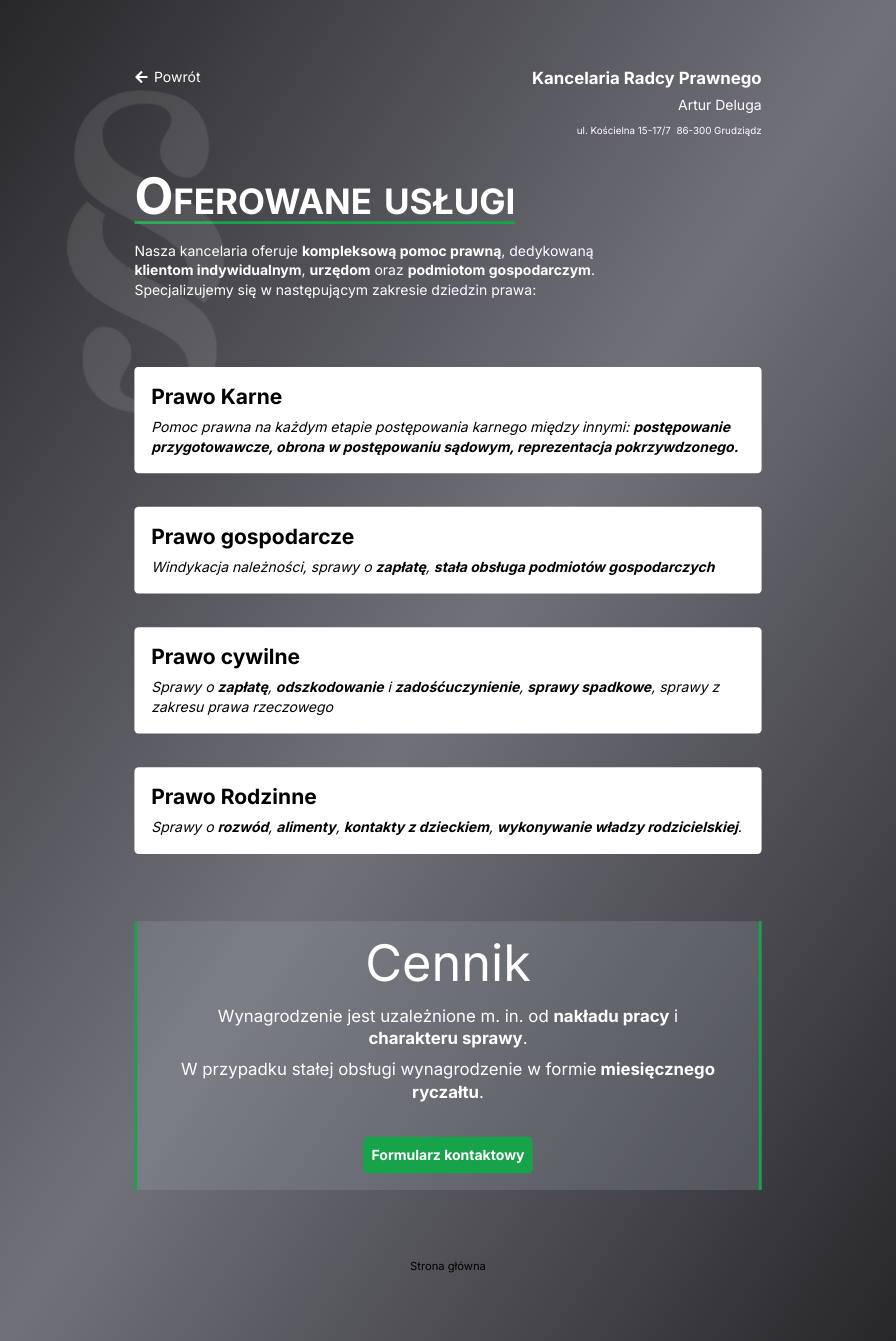
Repository: wesiudev/kancelaria-artur-deluga
Page: /oferta
The author's editor kept a copy of each file at every save. The page is drawn from the files as they stood at one save, then again after the next save.
The browser window is 1280 px wide. The pictures show the whole page, at 70% of full size.
The project was rebuilt for these pictures with package versions that can differ from the ones it lists, and the page was loaded fresh each time. The framework's server and built-in components were replaced by stand-ins that run in the browser. Also part of the build but not shown: next.config.js.

Above is the page before, as saved 2023-08-09 17:25:27.

### app/layout.tsx
import "./globals.css";
import type { Metadata } from "next";
import { Inter } from "next/font/google";

const inter = Inter({ subsets: ["latin"] });

export const metadata: Metadata = {
  title: "Kancelaria Radcy Prawnego Artur Deluga",
  description:
    "Kancelaria Radcy Prawnego Grudziądz Prawo Karne, Pracwo cywilne, Prawo gospodarcze, Prawo Rodzinne. ul. Kościelna 15-17/7 86-300 Grudziądz. Pomoc prawna na każdym etapie postępowania karnego (postępowanie przygotowawcze, obrona w postępowaniu sądowym, reprezentacja pokrzywdzonego, etc.)",
  viewport: "width=device-width, initial-scale=1",
  icons: {
    icon: "/favicon.png",
  },
};

export default function RootLayout({
  children,
}: {
  children: React.ReactNode;
}) {
  return (
    <html lang="pl" className="scroll-smooth ">
      <body className={inter.className}>{children}</body>
    </html>
  );
}

### app/oferta/page.tsx
"use client";
import Image from "next/image";
import paragraphImage from "@/app/assets/paragraph.png";
import Link from "next/link";
import { FaArrowLeft } from "react-icons/fa";
import { useState } from "react";
const sendContactForm = async (data: any) =>
  fetch("/api/mail", {
    method: "POST",
    body: JSON.stringify(data),
    headers: { "Content-Type": "application/json", Accept: "application/json" },
  }).then((res) => {
    if (!res.ok) throw new Error("Failed to send message");
    return res.json();
  });

export default function OfferMobile() {
  const [isContactOpen, setContactOpen] = useState(false);
  const [firstName, setFirstName] = useState<string>("");
  const [email, setEmail] = useState<string>("");
  const [message, setMessage] = useState<string>("");

  const onSubmit = async () => {
    try {
      await sendContactForm({
        firstName: firstName,
        email: email,
        message: message,
      });
    } catch (error) {}
  };
  return (
    <div className="w-full mx-auto z-[2000] bg-gradient-to-br from-zinc-800 via-zinc-500 to-zinc-800 overflow-x-hidden text-black">
      <Image
        src={paragraphImage}
        alt="Paragraf obrazek w tle"
        width={224}
        height={224}
        className="fixed opacity-10 left-[50%] -translate-x-[50%] lg:-translate-x-0 lg:left-24 top-[50%] -translate-y-[50%]"
      />
      <div className="flex flex-col space-x-[100px] min-h-screen items-center py-24">
        <div className="flex flex-col w-[85vw] lg:w-[70vw] 2xl:w-[60vw] min-h-screen justify-center ">
          <div className="flex flex-col justify-between w-full">
            <div className="flex flex-row justify-between">
              <div className="w-1/2">
                <Link
                  className="group flex flex-row items-center mb-12 text-xl w-max text-white"
                  href="/"
                >
                  <FaArrowLeft className="mr-2 " />
                  <span className="hover:underline hover:underline-offset-4">
                    {" "}
                    Powrót
                  </span>
                </Link>
              </div>
              <div className="text-white">
                <h1 className="text-xl lg:text-2xl text-right sm:text-left font-bold">
                  Kancelaria Radcy Prawnego
                </h1>
                <div className="w-full flex justify-end">
                  <h2 className="text-xl mb-12 lg:mb-0 mt-2">Artur Deluga</h2>
                </div>
                <div
                  className={` flex-row space-x-2 text-sm justify-end mt-3 mb-12 hidden lg:flex`}
                >
                  <div>ul. Kościelna 15-17/7</div>
                  <div>86-300 Grudziądz</div>
                </div>
              </div>
            </div>

            <div className=" rounded-2xl  text-white">
              <div className="w-max">
                <h1 className="w-max text-4xl md:text-5xl lg:text-7xl text-white caps font-bold">
                  Oferowane usługi
                </h1>
                <div className="h-1 w-full mb-6 bg-green-600" />
              </div>

              <h2 className="text-left text-xl w-full lg:w-3/4 ">
                Nasza kancelaria oferuje{" "}
                <span className="font-bold"> kompleksową pomoc prawną</span>,
                dedykowaną{" "}
                <span className="font-bold">klientom indywidualnym</span>,{" "}
                <span className="font-bold">urzędom</span> oraz{" "}
                <span className="font-bold">podmiotom gospodarczym</span>.
                Specjalizujemy się w następującym zakresie dziedzin prawa:
              </h2>
            </div>
          </div>
          <div className="relative text-black flex flex-col space-y-12 mt-24">
            <div className="max-h-[50vh] border-0 hover:scale-105 duration-300 hover:bg-opacity-100 cursor-default  rounded-md bg-white  flex flex-col p-6 justify-between">
              <h1 className="text-xl lg:text-3xl font-bold">Prawo Karne</h1>
              <p className="text-sm sm:text-xl mt-3 italic">
                Pomoc prawna na każdym etapie postępowania karnego między
                innymi:{" "}
                <span className="font-bold">
                  postępowanie przygotowawcze, obrona w postępowaniu sądowym,
                  reprezentacja pokrzywdzonego.
                </span>
              </p>
            </div>
            <div className="max-h-[50vh] border-0 hover:scale-105 duration-300 hover:bg-opacity-100 cursor-default  rounded-md bg-white  flex flex-col justify-between p-6">
              <h1 className="text-xl lg:text-3xl font-bold">
                Prawo gospodarcze
              </h1>
              <p className="text-sm sm:text-xl mt-3 italic">
                Windykacja należności, sprawy o{" "}
                <span className="font-bold">zapłatę</span>,{" "}
                <span className="font-bold">
                  stała obsługa podmiotów gospodarczych
                </span>
              </p>
            </div>

            <div className="max-h-[50vh] border-0 hover:scale-105 duration-300 hover:bg-opacity-100 cursor-default rounded-md bg-white  flex flex-col p-6 justify-between">
              <h1 className="text-xl lg:text-3xl font-bold">Prawo cywilne</h1>
              <p className="text-sm sm:text-xl mt-3 italic">
                Sprawy o <span className="font-bold">zapłatę</span>,{" "}
                <span className="font-bold">odszkodowanie</span> i{" "}
                <span className="font-bold">zadośćuczynienie</span>,{" "}
                <span className="font-bold">sprawy spadkowe</span>, sprawy z
                zakresu prawa rzeczowego
              </p>
            </div>
            <div className="max-h-[50vh] border-0 hover:scale-105 duration-300 hover:bg-opacity-100 cursor-default rounded-md  bg-white  flex flex-col p-6 justify-between">
              <h1 className="text-xl lg:text-3xl font-bold">Prawo Rodzinne</h1>
              <p className="text-sm sm:text-xl mt-3 italic">
                Sprawy o <span className="font-bold">rozwód</span>,{" "}
                <span className="font-bold">alimenty</span>,{" "}
                <span className="font-bold">kontakty z dzieckiem</span>,{" "}
                <span className="font-bold">
                  wykonywanie władzy rodzicielskiej
                </span>
                .
              </p>
            </div>
          </div>
          <div className="text-white flex flex-col h-max my-auto px-3 lg:px-12  text-center relative w-full mt-12  lg:mx-auto lg:mt-24 border-l-4 border-r-4 border-green-600 py-3 lg:py-6 bg-gray-400 bg-opacity-25">
            <h1 className="text-5xl lg:text-7xl ">Cennik</h1>
            <p className="mt-6 text-base lg:text-2xl">
              Wynagrodzenie jest uzależnione m. in. od{" "}
              <span className="font-bold"> nakładu pracy</span> i{" "}
              <span className="font-bold">charakteru sprawy</span>.
            </p>
            <p className="mt-3 text-sm lg:text-2xl">
              W przypadku stałej obsługi wynagrodzenie w formie
              <span className="font-bold"> miesięcznego ryczałtu</span>.
            </p>
            <button
              onClick={() => setContactOpen(true)}
              className=" p-3 bg-green-600 hover:bg-green-500 duration-300 mt-12 w-max mx-auto  text-xl text-white font-bold rounded-md"
            >
              Formularz kontaktowy
            </button>
          </div>
          <div
            className={`bg-gray-400 rounded-full flex-row space-x-2 text-sm justify-center mt-24 flex lg:hidden z-[1000]`}
          >
            <div>ul. Kościelna 15-17/7</div>
            <div>86-300 Grudziądz</div>
          </div>
          <Link href="/" className="mx-auto w-max mt-24">
            Strona główna
          </Link>
        </div>
      </div>
      <div
        className={`w-[80vw] fixed left-[50%] -translate-x-[50%] top-[50%] -translate-y-[50%] bg-gradient-to-bl from-black to-zinc-800 lg:w-max h-max px-12 rounded-3xl py-6 duration-300 ${
          isContactOpen ? "z-[2000] opacity-100" : "z-[-1000] opacity-0"
        }`}
      >
        <h1 className="text-3xl text-center">Kontakt</h1>

        <div className="flex flex-col space-y-3 mt-6 lg:mt-12">
          <div className="flex flex-col lg:flex-row lg:space-x-3">
            <div className="flex flex-col">
              Imię{" "}
              <input
                onChange={(e) => setFirstName(e.target.value)}
                value={firstName}
                id="fName"
                type="text"
                className="mt-2 text-black"
              />
            </div>
            <div className="flex flex-col mt-3 lg:mt-0">
              Email{" "}
              <input
                onChange={(e) => setEmail(e.target.value)}
                value={email}
                type="text"
                className="mt-2 text-black"
              />
            </div>
          </div>
          <div className="flex flex-col mt-2">
            Treść{" "}
            <textarea
              onChange={(e) => setMessage(e.target.value)}
              value={message}
              className="h-full resize-none text-black"
            ></textarea>
          </div>
        </div>
        <div className="w-full flex space-x-3">
          <button
            onClick={() => setContactOpen(false)}
            className="w-1/2 hover:underline py-2 mt-8"
          >
            Powrót
          </button>
          <button
            onClick={onSubmit}
            className="w-1/2 bg-purple-400 hover:bg-purple-300 duration-300 py-2 mt-8"
          >
            Wyślij
          </button>
        </div>
      </div>
    </div>
  );
}

### app/globals.css
@tailwind base;
@tailwind components;
@tailwind utilities;

:root {
  --foreground-rgb: 0, 0, 0;
  --background-start-rgb: 214, 219, 220;
  --background-end-rgb: 255, 255, 255;
}

@media (prefers-color-scheme: dark) {
  :root {
    --foreground-rgb: 255, 255, 255;
    --background-start-rgb: 0, 0, 0;
    --background-end-rgb: 0, 0, 0;
  }
}

body {
  color: rgb(var(--foreground-rgb));
  background: linear-gradient(
      to bottom,
      transparent,
      rgb(var(--background-end-rgb))
    )
    rgb(var(--background-start-rgb));
}

.expand {
  position: relative;
  text-decoration: none;
  display: inline-block;
}
.expand:after {
  display: block;
  content: "";
  border-bottom: solid 3px white;
  transform: scaleX(0);
  transition: transform 250ms ease-in-out;
  transform-origin: 100% 50%;
}
.expand:hover:after {
  transform: scaleX(1);
  transform-origin: 0 50%;
}

.caps {
  font-variant: small-caps;
}
html {
  scroll-behavior: smooth;
  color: #1a1a1a;
}

Loaded but not shown: tailwind.config.js (common file)

After the next save:
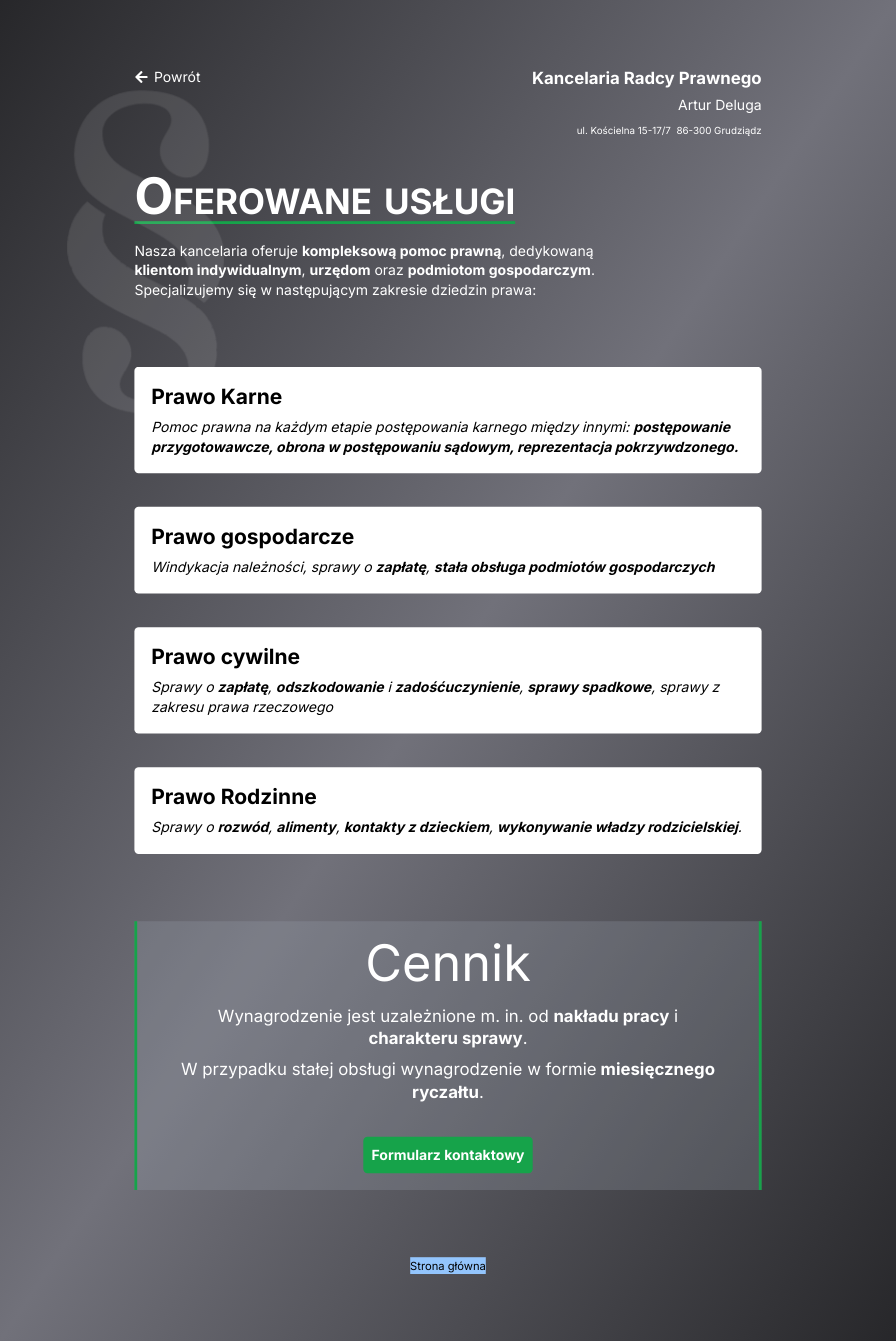
Saved 11 s later.
--- a/app/oferta/page.tsx
+++ b/app/oferta/page.tsx
@@ -161,7 +161,7 @@
             <div>ul. Kościelna 15-17/7</div>
             <div>86-300 Grudziądz</div>
           </div>
-          <Link href="/" className="mx-auto w-max mt-24">
+          <Link href="/" className="mx-auto w-max mt-24 bg-blue-300">
             Strona główna
           </Link>
         </div>

After the save that followed:
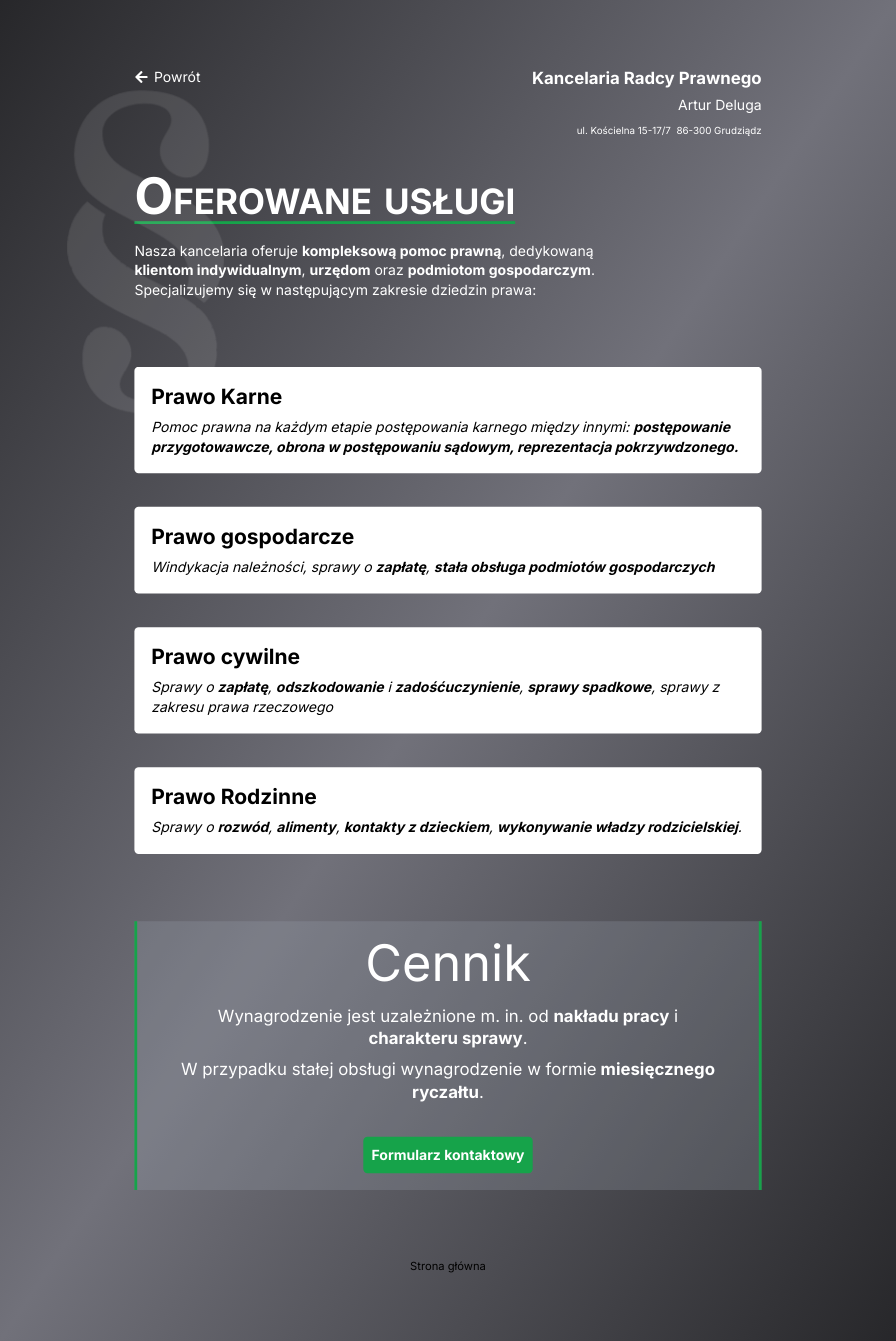
Saved 10 s later.
--- a/app/oferta/page.tsx
+++ b/app/oferta/page.tsx
@@ -161,7 +161,7 @@
             <div>ul. Kościelna 15-17/7</div>
             <div>86-300 Grudziądz</div>
           </div>
-          <Link href="/" className="mx-auto w-max mt-24 bg-blue-300">
+          <Link href="/" className="mx-auto w-max mt-24 hover:bg-gray-400">
             Strona główna
           </Link>
         </div>
